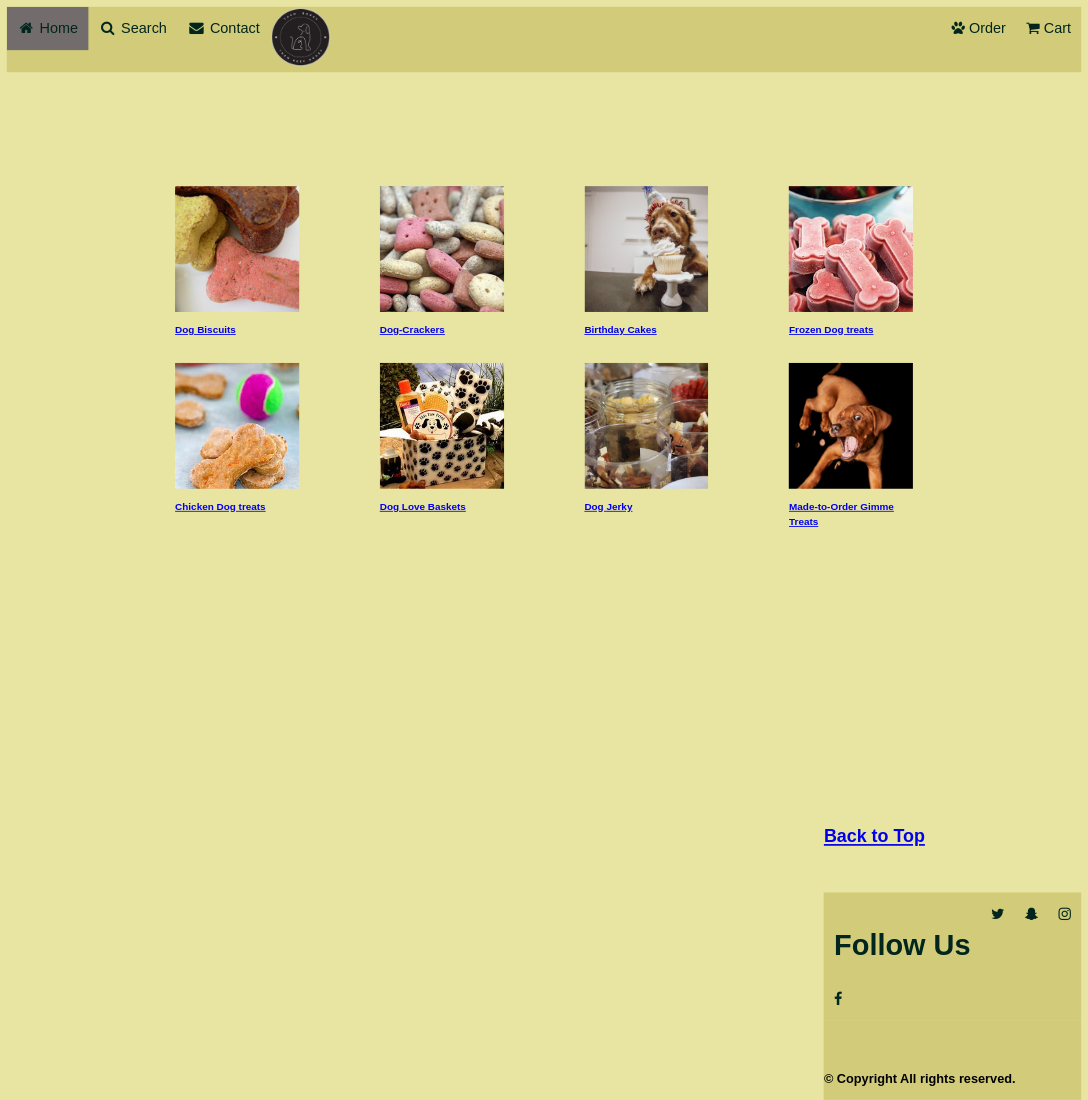
Repository: vgoins-RA2022/HTML-1
Page: index.html
These files come from the project's save history. The page is drawn as it stood at one moment and after the next save; the edit follows.
The browser window is 1280 px wide. The pictures show the whole page, at 85% of full size.

Above is the page before, as saved 2023-01-21 19:05:56.

After the next save:
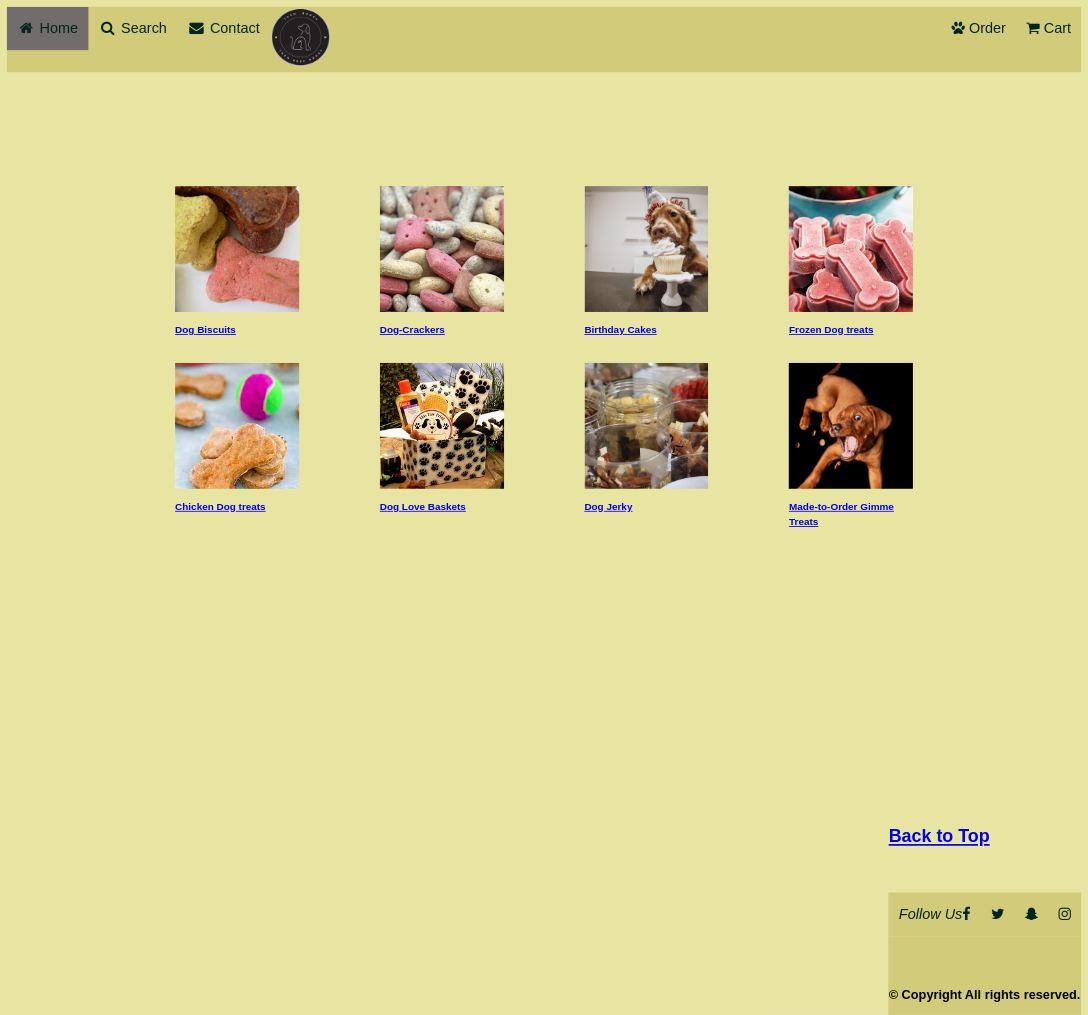
Saved 51 s later.
--- a/index.html
+++ b/index.html
@@ -93,7 +93,7 @@
     <div class="navbar" float: left>
     <!-- <div class="left"> -->
 
-      <a href="#"><h1>Follow Us</h1><i class="fa fa-facebook"></i> </a>
+      <a href="#"><em>Follow Us</em><i class="fa fa-facebook"></i> </a>
       <a href="#"><i class="fa fa-twitter"></i> </a>
       <a href="#"><i class="fa fa-snapchat-ghost"></i> </a>
       <a href="#"><i class="fa fa-instagram"></i> </a>
